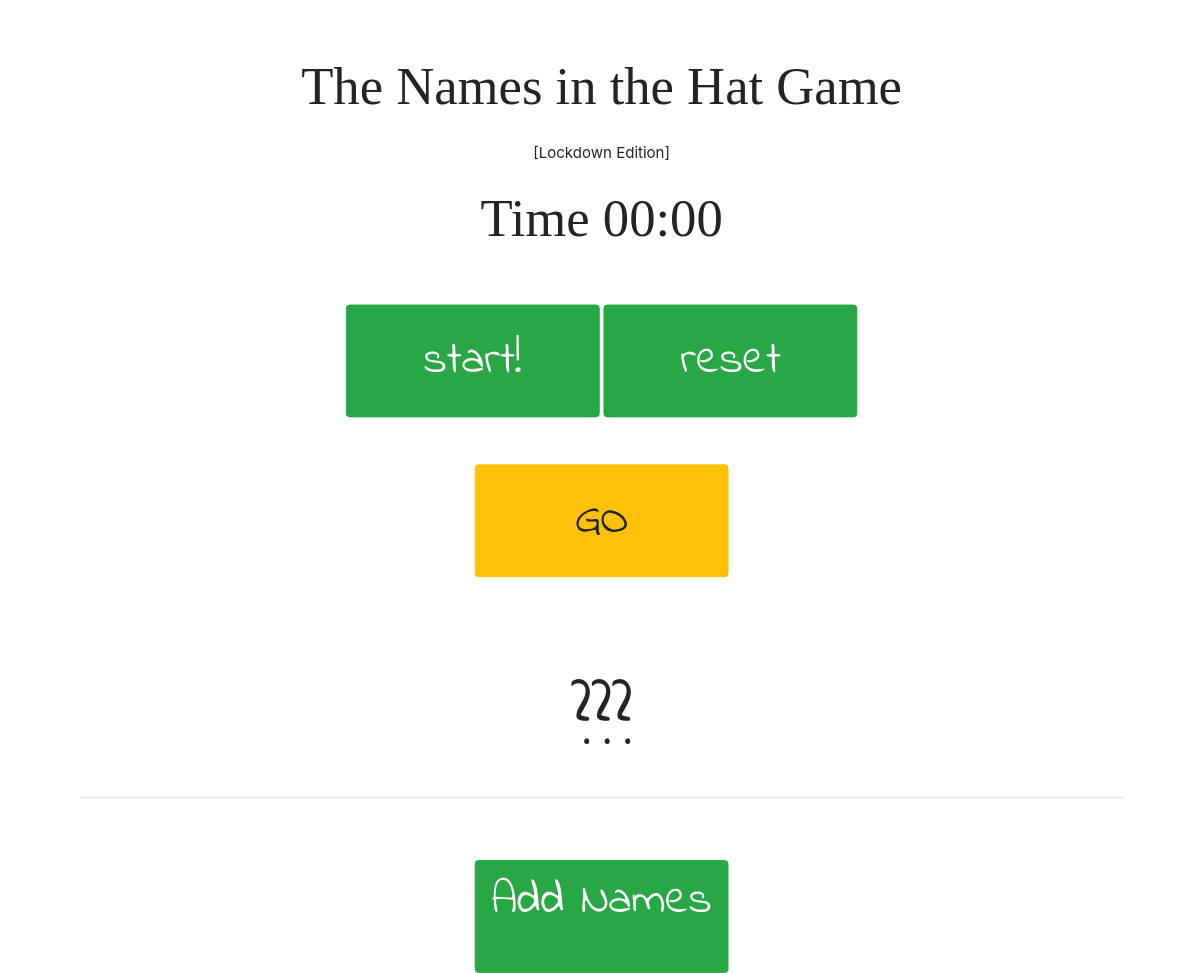
Repository: TaylorD1982/randomizer
Page: index.html
The author's editor kept a record of every edit. The page is drawn from the files as they stood at one moment, then again after the next edit.
The browser window is 1280 px wide. The pictures show the whole page, at 94% of full size.
Some web fonts or font styles are not loaded; a fallback is used. Some web libraries are served in a nearby version.

Above is the page before.
Console error: TypeError: Cannot read properties of null (reading 'addEventListener')

After the next edit:
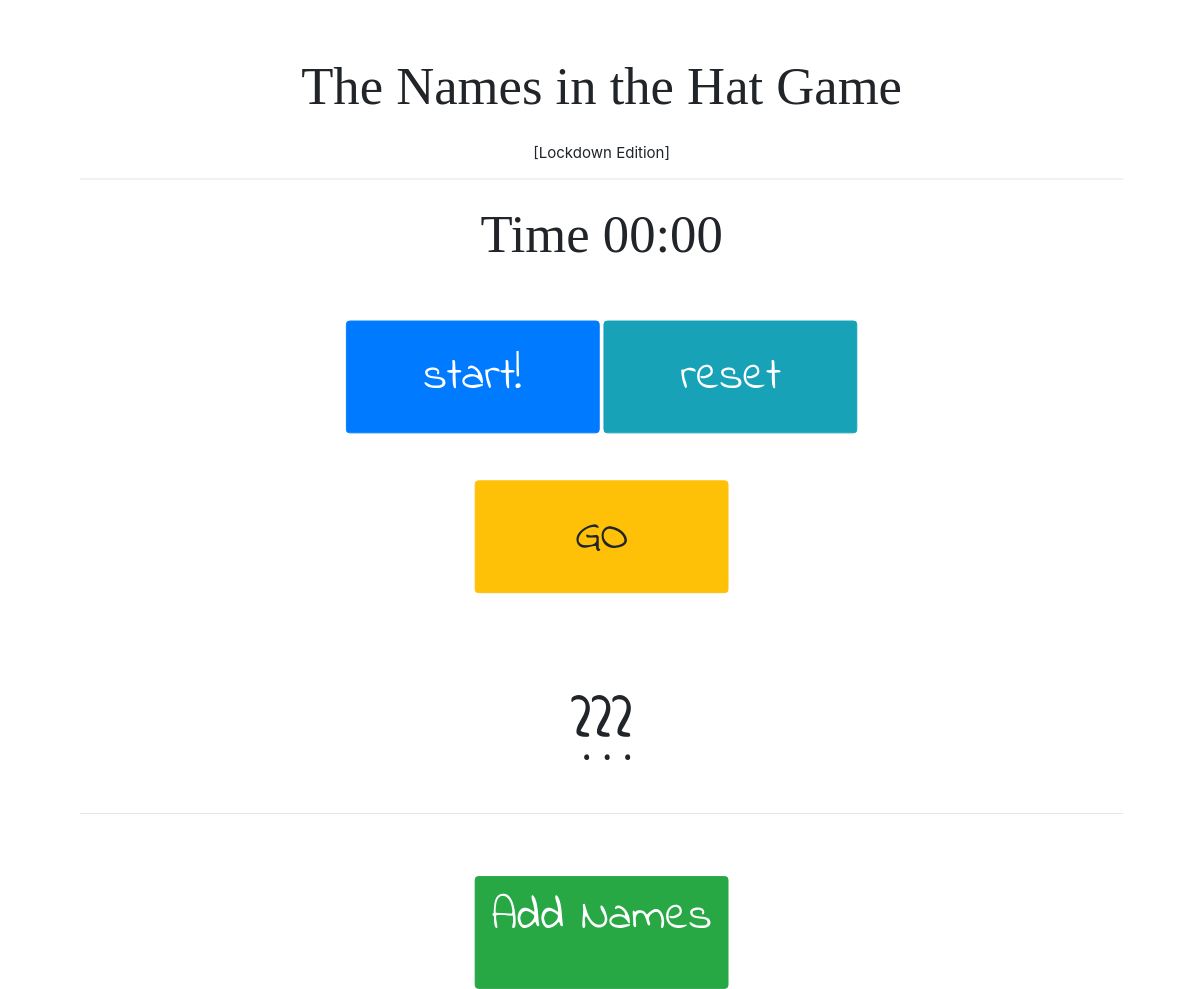
The edit:
--- a/index.html
+++ b/index.html
@@ -21,9 +21,10 @@
                     <P class="title">The Names in the Hat Game</P>
                     <P class="lock">[Lockdown Edition]</P>
                 </div>
+                <hr>
                 <div class="title">Time <span class="timer-view">00:00</span></div>
-                <button class="start btn btn-success">start!</button>
-                <button class="reset btn btn-success">reset</button>
+                <button class="start btn btn-primary">start!</button>
+                <button class="reset btn btn-info">reset</button>
                 <br>
                 <button id="Button" type="button" class="btn btn-warning">
                       GO
